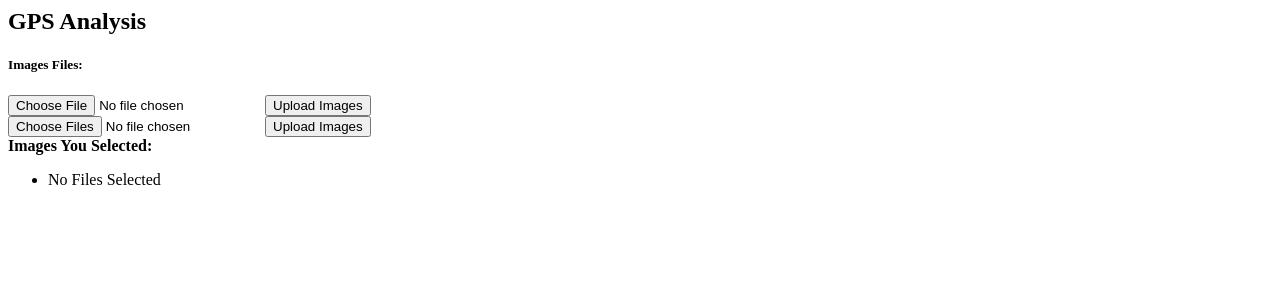
Repository: hanjangchen/Raspberry
Page: prjGAEGPSAnalysis/prjGPSAnalysis/src/static/my_ng_templates/desktop/index_data_analysis.html
The author's editor kept a copy of each file at every save. The page is drawn from the files as they stood at one save, then again after the next save.
The browser window is 1280 px wide. The pictures show the whole page.

Above is the page before, as saved 2014-11-03 00:23:47.
Console error: ReferenceError: $ is not defined

After the next save:
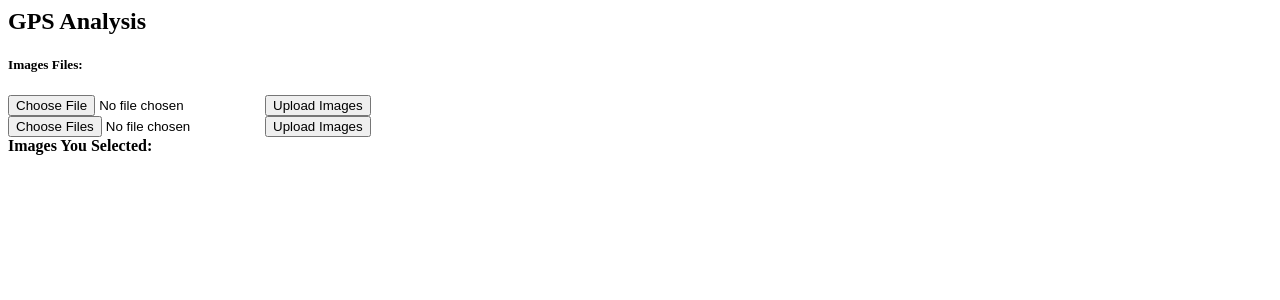
Saved 41 s later.
--- a/prjGAEGPSAnalysis/prjGPSAnalysis/src/static/my_ng_templates/desktop/index_data_analysis.html
+++ b/prjGAEGPSAnalysis/prjGPSAnalysis/src/static/my_ng_templates/desktop/index_data_analysis.html
@@ -33,7 +33,6 @@
 			<div class="col-xs-12 col-sm-12 col-md-12 col-lg-12">
 				<strong>Images You Selected:</strong>
 				<ul id="files_list" class="list-control col-xs-12 col-sm-12 col-md-12 col-lg-12 text-center">
-					<li class="list-group-item">No Files Selected</li>
 				</ul>
 			</div>
 			<div class="col-xs-12 col-sm-12 col-md-12 col-lg-12 ">
